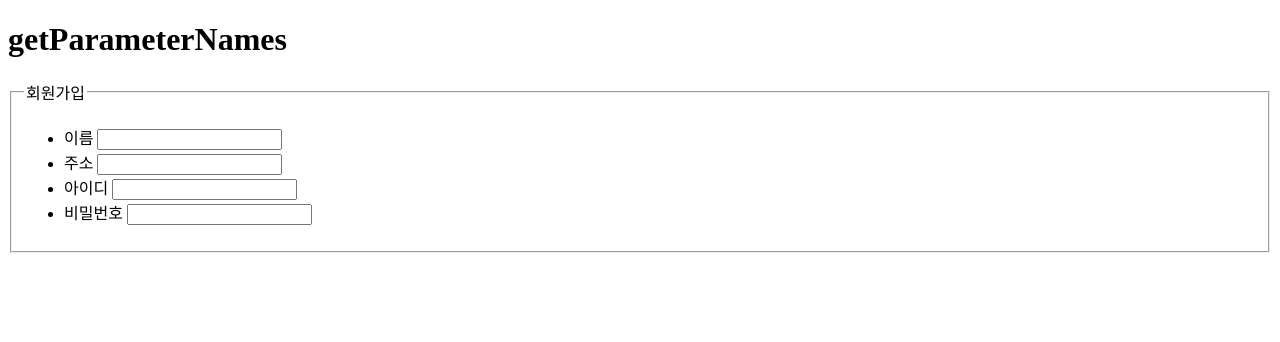
Repository: noopzzya/study_jsp_globalin
Page: ServletProject/src/main/webapp/memberForm.html
These files come from the project's save history. The page is drawn as it stood at one moment and after the next save; the edit follows.
The browser window is 1280 px wide. The pictures show the whole page.

Above is the page before, as saved 2023-01-26 05:21:08.

### ServletProject/src/main/webapp/memberForm.html
<!DOCTYPE html>
<html>
<head>
<meta charset="utf-8">
<title>getParameterNames</title>
</head>
<body>
<h1>getParameterNames</h1>
	<form action="" method="post">
		<fieldset>
		<legend>회원가입</legend>
			<ul>
				<li>
				<label for="username">이름</label>
				<input type="text" name="username">
				</li>

				<li>
				<label for="address">주소</label>
				<input type="text" name="address">
				</li>

				<li>
				<label for="userid">아이디</label>
				<input type="text" name="userid">
				</li>

				<li>
				<label for="passwd">비밀번호</label>
				<input type="password" name="passwd">
				</li>
			</ul>
		</fieldset>
	</form>
</body>
</html>

After the next save:
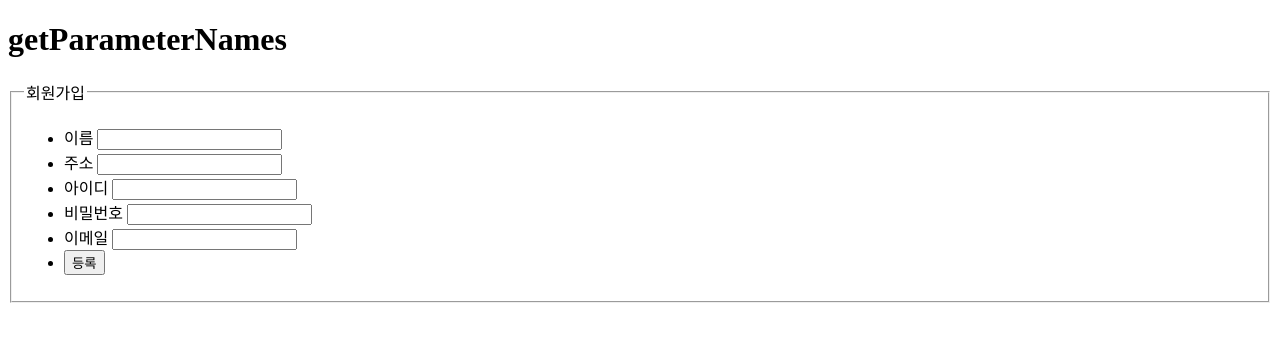
Saved 65 s later.
--- a/ServletProject/src/main/webapp/memberForm.html
+++ b/ServletProject/src/main/webapp/memberForm.html
@@ -29,6 +29,13 @@
 				<label for="passwd">비밀번호</label>
 				<input type="password" name="passwd">
 				</li>
+
+				<li>
+				<label for="email">이메일</label>
+				<input type="email" name="email">
+				</li>
+
+				<li><input type="submit" value="등록"></li>
 			</ul>
 		</fieldset>
 	</form>
